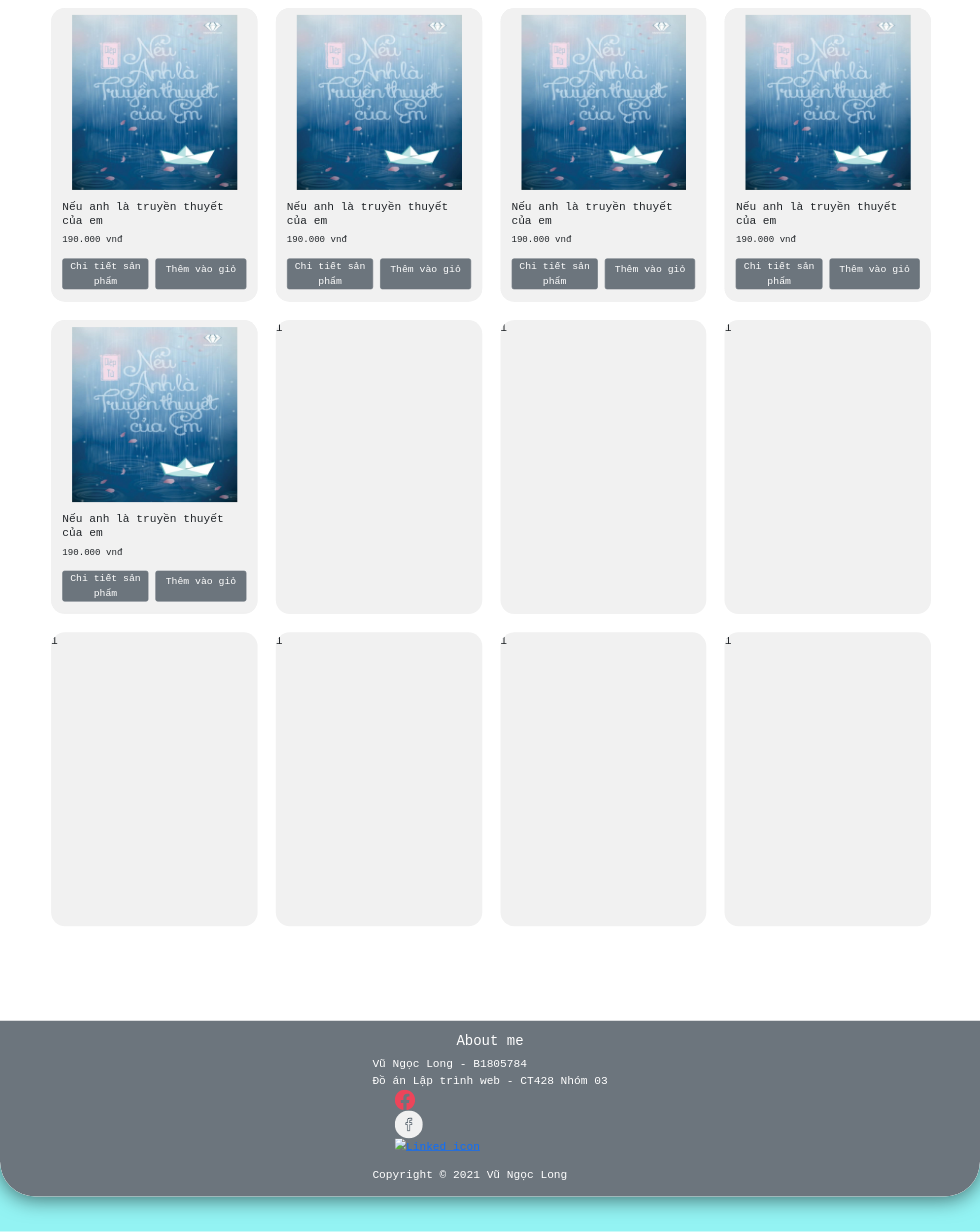
Repository: VuNgocLong2626/exercise_web_CT428
Page: VuNgocLongB1805784/user/test.html
The author's editor kept a copy of each file at every save. The page is drawn from the files as they stood at one save, then again after the next save.
The browser window is 1280 px wide. The page is 1400 px wide, so the pictures cover 1400 px, including what lies to the right of the window. The pictures show the part of the page from y = 1245 to 3005 px (the page is 3005 px tall), at 70% of full size.

Above is the page before, as saved 2021-10-04 18:05:18.

After the next save:
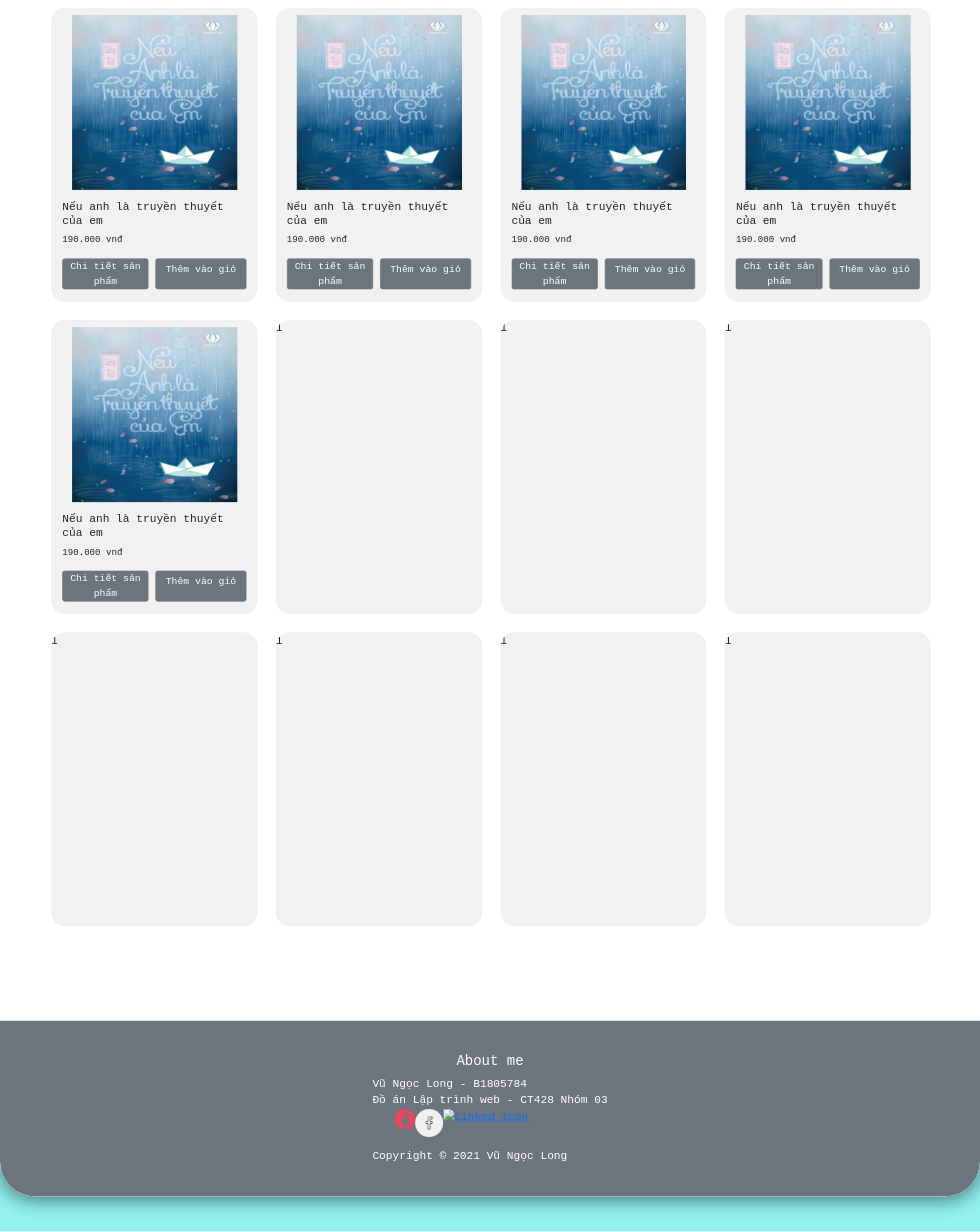
Saved 31 s later.
--- a/VuNgocLongB1805784/user/test.html
+++ b/VuNgocLongB1805784/user/test.html
@@ -168,7 +168,7 @@
                 <br>
                 Đồ án Lập trình web - CT428 Nhóm 03
                 </div>
-                <ul style="list-style: none;"">
+                <ul style="list-style: none; display: flex;">
                 <li><a href="#" target="_blank"><img src="./image/icon-facebook.svg" alt="Facebook icon"></a></li>
                 <li><a href="#" target="_blank"><img src="./image/fb.png" alt="Github icon" style="width: 40px;height: 40px; border-radius: 200px;"></a></li>
                 <li><a href="#" target="_blank"><img src="" alt="Linked icon"></a></li>
